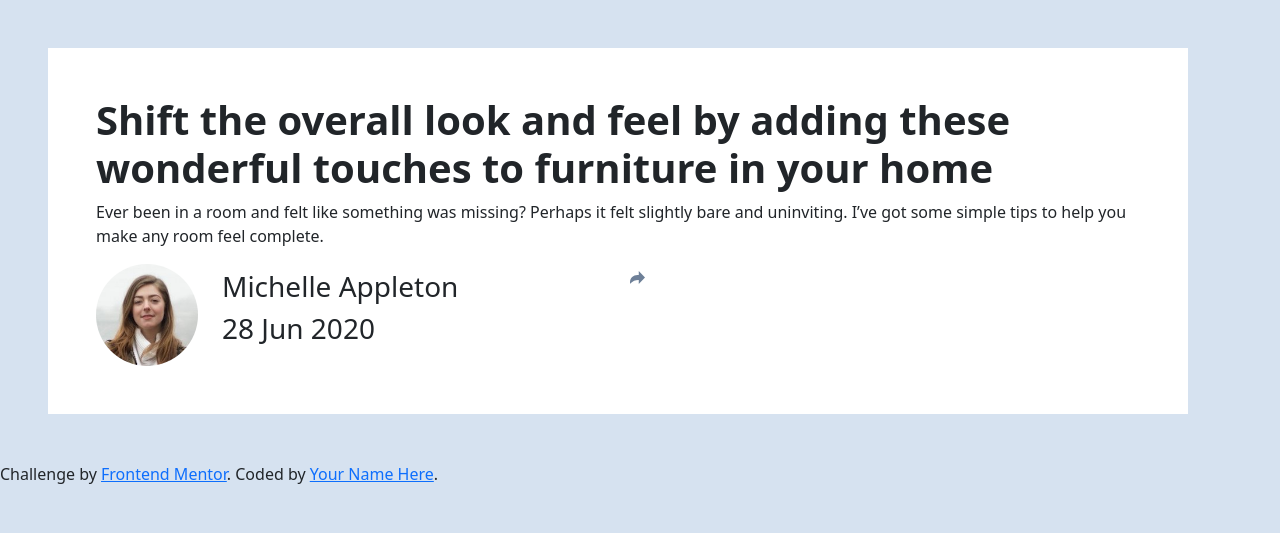
Repository: blordeus/article-preview-component
Page: index.html
These files come from the project's save history. The page is drawn as it stood at one moment and after the next save; the edit follows.
The browser window is 1280 px wide. The pictures show the whole page.

Above is the page before, as saved 2024-05-17 10:43:27.

After the next save:
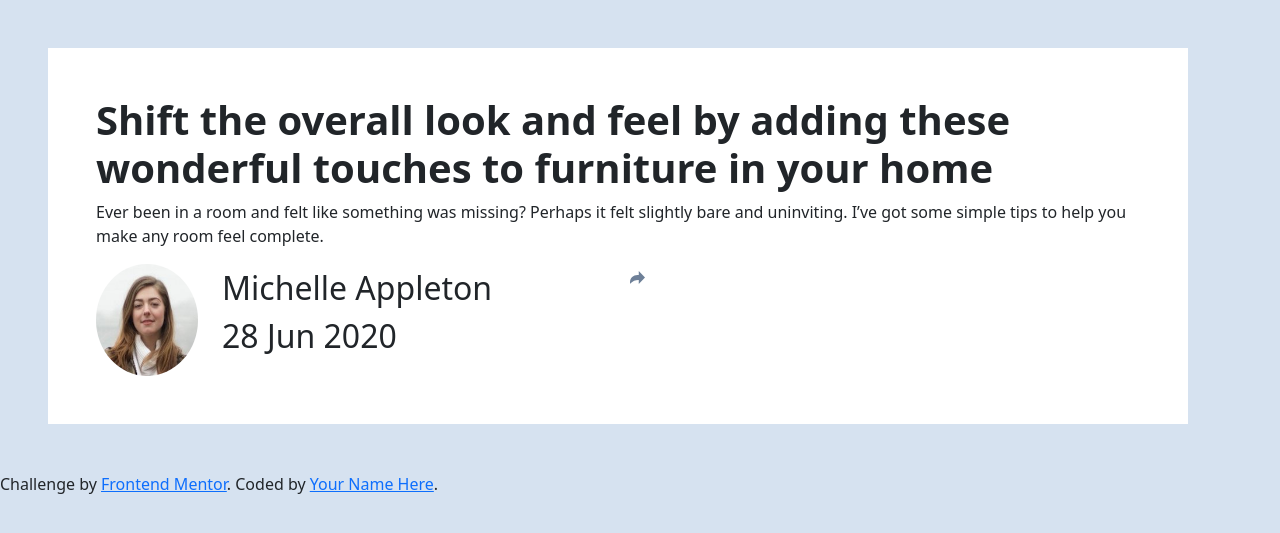
Saved 6 s later.
--- a/index.html
+++ b/index.html
@@ -27,7 +27,7 @@
         <div class="col d-flex">
           <img id="avatar" src="./images/avatar-michelle.jpg" alt="michelle">
             <div class="ms-4 vstack my-auto">
-              <p class="fs-3">Michelle Appleton <br> 28 Jun 2020</p>
+              <p class="fs-2">Michelle Appleton <br> 28 Jun 2020</p>
             </div>
           </div>
           <div class="col">
